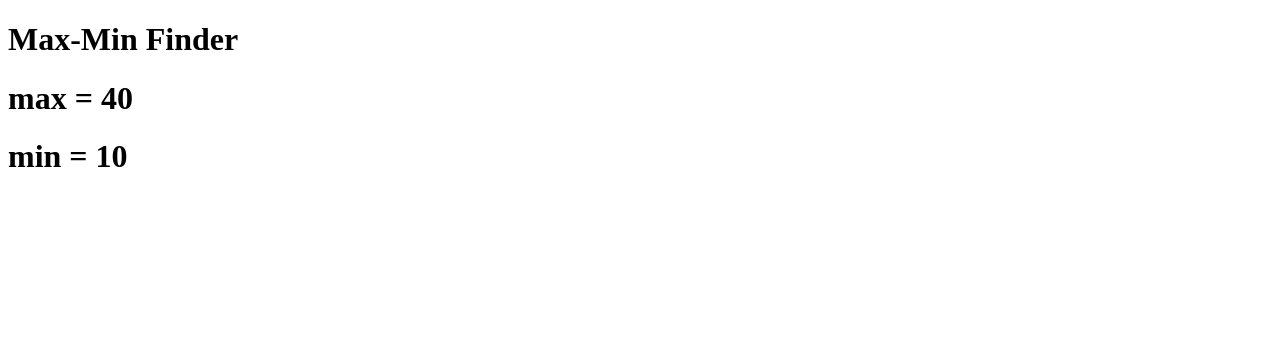
Repository: ZawMinKhantOrLeon/JavaEEWS
Page: http://localhost/jsp_servlet/max-min.jsp
The author's editor kept a copy of each file at every save. The page is drawn from the files as they stood at one save, then again after the next save.
The browser window is 1280 px wide. The pictures show the whole page.
The page is served by Tomcat 10.

Above is the page before, as saved 2024-02-15 05:00:54.

After the next save:
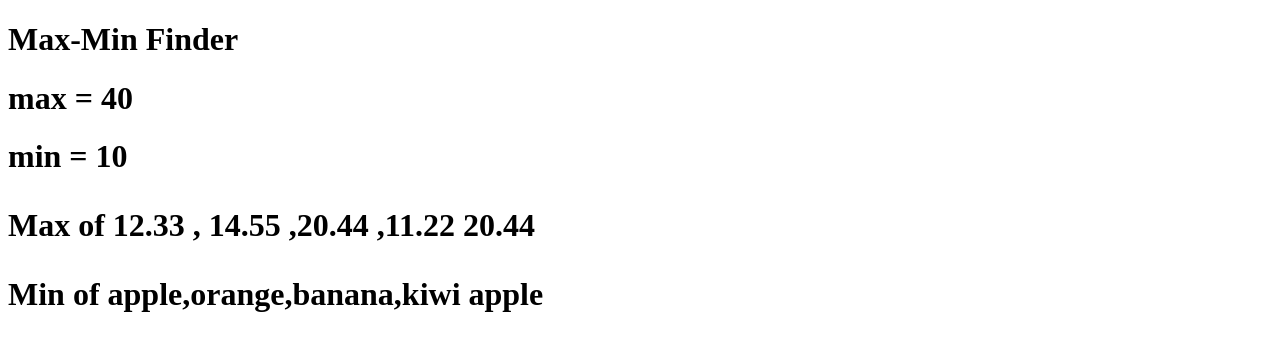
Saved 2 min 41 s later.
--- a/jsp_servlet/src/main/webapp/max-min.jsp
+++ b/jsp_servlet/src/main/webapp/max-min.jsp
@@ -20,5 +20,8 @@
 		int min= MinMaxFinder.min(10,20,40,15);
 		out.print("<h1> min = "+min+"<h1>");
 	%>
+
+	<p>Max of 12.33 , 14.55 ,20.44 ,11.22 <%= MinMaxFinder.max(12.33,14.55,20.44,11.22) %>
+	<p>Min of apple,orange,banana,kiwi <%= MinMaxFinder.min("apple", "orange", "banana", "kiwi") %>
 </body>
 </html>
